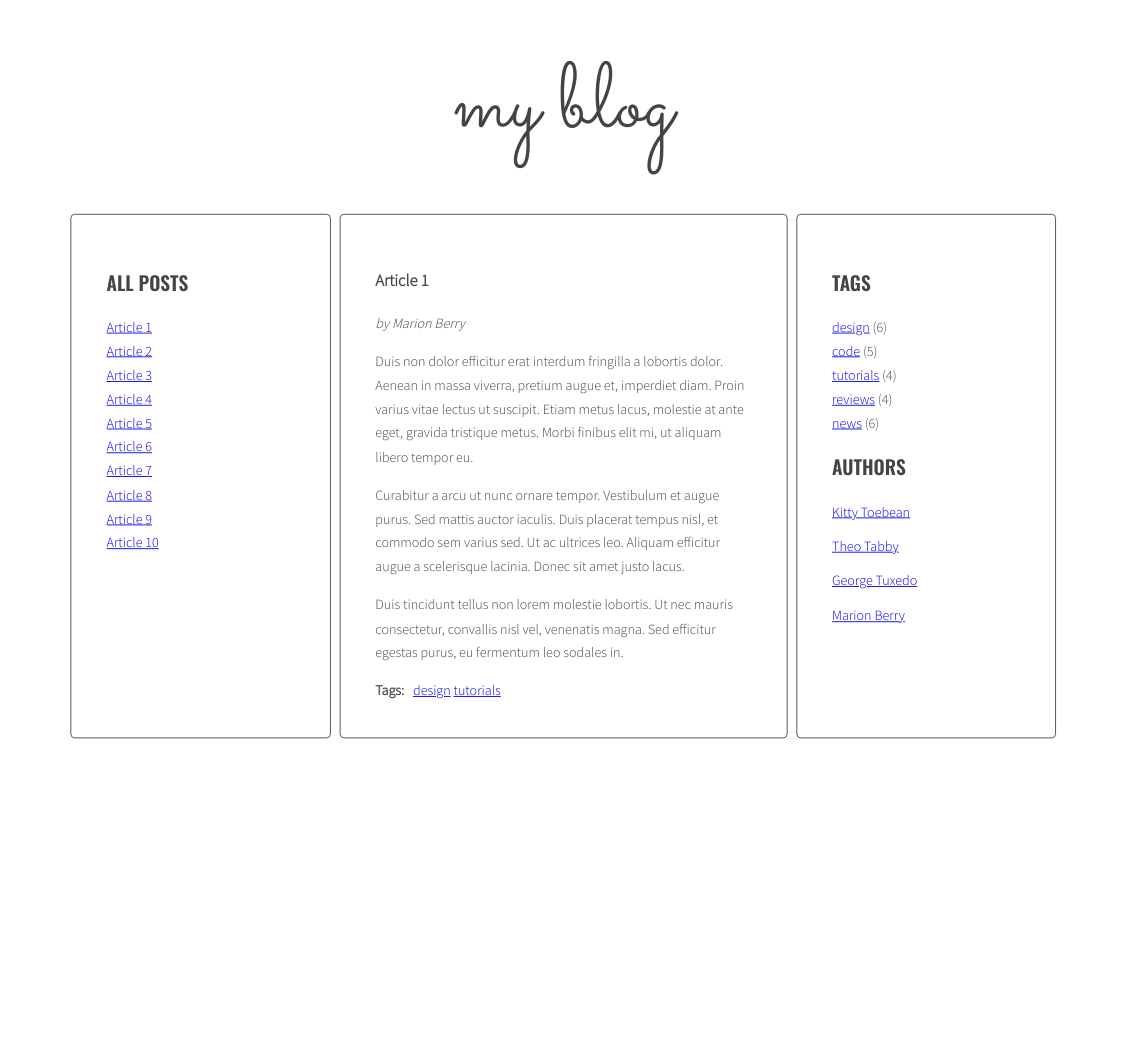
Repository: ulasup/javascript-blog
Page: index.html
These files come from the project's save history. The page is drawn as it stood at one moment and after the next save; the edit follows.
The browser window is 1280 px wide. The pictures show the whole page, at 88% of full size.
The style sheet was rebuilt from its Sass, Less or Tailwind sources for each picture, by a compiler version that may differ from the author's.

Above is the page before, as saved 2020-12-13 18:28:58.
Console error: ReferenceError: html is not defined

### index.html
<!DOCTYPE html>
<html  lang="en">
    <head>
        <meta charset="UTF-8">
        <title>Film blog</title>
        <link rel="stylesheet" href="css/style.css">
    </head>
    <body>
        <div class="blog">
            <div class="container">
              <h1 class="logo">my blog</h1>
              <main class="wrapper">
                <aside class="sidebar">
                  <h2 class="section-title">All posts</h2>
                  <ul class="list titles">

                  </ul>
                </aside>
                <section class="posts">
                  <article class="post active" id="article-1">
                    <h3 class="post-title">Article 1</h3>
                    <p class="post-author">by Marion Berry</p>
                    <div class="post-content">
                      <p>Duis non dolor efficitur erat interdum fringilla a lobortis dolor. Aenean in massa viverra, pretium augue et, imperdiet diam. Proin varius vitae lectus ut suscipit. Etiam metus lacus, molestie at ante eget, gravida tristique metus. Morbi finibus elit mi, ut aliquam libero tempor eu.</p>
                      <p>Curabitur a arcu ut nunc ornare tempor. Vestibulum et augue purus. Sed mattis auctor iaculis. Duis placerat tempus nisl, et commodo sem varius sed. Ut ac ultrices leo. Aliquam efficitur augue a scelerisque lacinia. Donec sit amet justo lacus.</p>
                      <p>Duis tincidunt tellus non lorem molestie lobortis. Ut nec mauris consectetur, convallis nisl vel, venenatis magna. Sed efficitur egestas purus, eu fermentum leo sodales in.</p>
                    </div>
                    <div class="post-tags">
                      <p><strong>Tags:</strong></p>
                      <ul class="list list-horizontal">
                        <li><a href="#">design</a></li>
                        <li><a href="#">tutorials</a></li>
                      </ul>
                    </div>
                  </article>
                  <article class="post" id="article-2">
                    <h3 class="post-title">Article 2</h3>
                    <p class="post-author">by Theo Tabby</p>
                    <div class="post-content">
                      <p>Phasellus sollicitudin, arcu vel iaculis ullamcorper, quam leo viverra orci, et faucibus quam sapien vel est. Maecenas ac suscipit elit. Nullam interdum, lorem vitae venenatis pulvinar, ex dui malesuada nunc, tempus cursus enim metus vel nulla.</p>
                      <p>Integer hendrerit, eros id efficitur dapibus, ante arcu ullamcorper orci, a iaculis felis turpis at purus. Quisque sodales posuere sapien vel consectetur. Duis dui urna, commodo non ante nec, mattis dictum enim. Donec aliquam erat sed diam lobortis, vel gravida lacus laoreet. Phasellus pretium maximus mi, eu posuere justo suscipit vel.</p>
                      <p>Nam magna nisl, varius in malesuada vitae, facilisis vel metus. Proin rhoncus euismod leo dictum lobortis. Suspendisse non ante sapien.</p>
                    </div>
                    <div class="post-tags">
                      <p><strong>Tags:</strong></p>
                      <ul class="list list-horizontal">
                        <li><a href="#">news</a></li>
                        <li><a href="#">code</a></li>
                      </ul>
                    </div>
                  </article>
                  <article class="post" id="article-3">
                    <h3 class="post-title">Article 3</h3>
                    <p class="post-author">by George Tuxedo</p>
                    <div class="post-content">
                      <p>Mauris vel pellentesque turpis, ac sodales nisl. Quisque iaculis mi velit, ut convallis tellus accumsan a. Quisque iaculis, nisi et dignissim tincidunt, nisl eros euismod nulla, finibus laoreet erat enim posuere elit.</p>
                      <p>Aenean at semper urna. Duis vel sapien molestie, egestas diam consequat, molestie nulla. Praesent a malesuada metus. Praesent et tempus leo.</p>
                      <p>Mauris in eleifend neque, vitae eleifend velit. Maecenas purus est, bibendum eget imperdiet id, dictum sed ante. Aenean a magna et eros sagittis aliquet.</p>
                    </div>
                    <div class="post-tags">
                      <p><strong>Tags:</strong></p>
                      <ul class="list list-horizontal">
                        <li><a href="#">news</a></li>
                        <li><a href="#">reviews</a></li>
                        <li><a href="#">design</a></li>
                      </ul>
                    </div>
                  </article>
                  <article class="post" id="article-4">
                    <h3 class="post-title">Article 4</h3>
                    <p class="post-author">by Kitty Toebean</p>
                    <div class="post-content">
                      <p>Morbi vel cursus nulla, vel varius mauris. Suspendisse sed elit sit amet risus faucibus vestibulum ut sit amet purus. Donec orci est, condimentum ut quam quis, scelerisque fringilla ligula.</p>
                      <p>Quisque bibendum nisl id quam sagittis, id pretium dolor scelerisque. Suspendisse non odio nec velit dapibus placerat non a libero.</p>
                      <p>Vivamus at tristique ex, feugiat sagittis ex. Cras cursus, ipsum et efficitur commodo, urna sapien rutrum magna, quis sodales justo ligula eget nunc. In hac habitasse platea dictumst.</p>
                    </div>
                    <div class="post-tags">
                      <p><strong>Tags:</strong></p>
                      <ul class="list list-horizontal">
                        <li><a href="#">tutorials</a></li>
                        <li><a href="#">code</a></li>
                        <li><a href="#">design</a></li>
                      </ul>
                    </div>
                  </article>
                  <article class="post" id="article-5">
                    <h3 class="post-title">Article 5</h3>
                    <p class="post-author">by Marion Berry</p>
                    <div class="post-content">
                      <p>Suspendisse sem eros, euismod condimentum arcu ac, consequat fermentum orci. Nam convallis lacus nec interdum vestibulum. Vestibulum luctus, quam eu tristique ornare, lorem nibh sodales enim, vitae tempor dolor ante vitae tortor.</p>
                      <p>Duis venenatis metus quis luctus lobortis. In porttitor ipsum eget ligula aliquam ornare. Cras malesuada urna id volutpat sodales.</p>
                      <p>Donec lobortis ultricies turpis, eu viverra magna gravida quis. Fusce sit amet pretium nulla. Duis rutrum metus vel libero sodales, pellentesque varius ex pulvinar.</p>
                    </div>
                    <div class="post-tags">
                      <p><strong>Tags:</strong></p>
                      <ul class="list list-horizontal">
                        <li><a href="#">design</a></li>
                        <li><a href="#">reviews</a></li>
                      </ul>
                    </div>
                  </article>
                  <article class="post" id="article-6">
                    <h3 class="post-title">Article 6</h3>
                    <p class="post-author">by George Tuxedo</p>
                    <div class="post-content">
                      <p>Donec posuere iaculis ante sed hendrerit. Lorem ipsum dolor sit amet, consectetur adipiscing elit. Quisque hendrerit neque nec urna tincidunt, quis vehicula dui vulputate. Morbi est sapien, auctor ut lectus eu, placerat viverra lorem.</p>
                      <p>Cras consectetur at erat id accumsan. Suspendisse lacinia in nulla quis vulputate. Nunc vitae consectetur augue. Nam ut vehicula mi. Aliquam tristique, purus in hendrerit porta, elit lectus finibus mi, vel malesuada nisl lectus a libero.</p>
                      <p>Nam quis efficitur ante. Sed eget purus quis ex commodo porta eu sit amet dolor. Mauris tellus nisl, dictum nec est vitae, condimentum ornare ante. Fusce ornare hendrerit maximus. In maximus rhoncus justo.</p>
                    </div>
                    <div class="post-tags">
                      <p><strong>Tags:</strong></p>
                      <ul class="list list-horizontal">
                        <li><a href="#">reviews</a></li>
                        <li><a href="#">code</a></li>
                      </ul>
                    </div>
                  </article>
                  <article class="post" id="article-7">
                    <h3 class="post-title">Article 7</h3>
                    <p class="post-author">by Kitty Toebean</p>
                    <div class="post-content">
                      <p>Donec eleifend mauris ac nisl fermentum, ac fermentum turpis dignissim. Aliquam diam nisl, imperdiet a varius eget, lobortis sed nisi. Nullam suscipit ipsum sed magna blandit, sed pellentesque urna malesuada.</p>
                      <p>Duis vestibulum arcu et lectus viverra porta. Praesent tempor lacus eget quam mattis, sit amet venenatis diam ultrices. Morbi gravida sapien quis ligula tincidunt, vel sagittis erat ultrices.</p>
                      <p>Ut orci tellus, laoreet ac diam ut, tempus bibendum nisi. Nam egestas sagittis nibh. Curabitur tristique dui quis egestas pretium. Duis eu felis orci.</p>
                    </div>
                    <div class="post-tags">
                      <p><strong>Tags:</strong></p>
                      <ul class="list list-horizontal">
                        <li><a href="#">code</a></li>
                        <li><a href="#">news</a></li>
                      </ul>
                    </div>
                  </article>
                  <article class="post" id="article-8">
                    <h3 class="post-title">Article 8</h3>
                    <p class="post-author">by Theo Tabby</p>
                    <div class="post-content">
                      <p>Praesent quis imperdiet erat. Curabitur tempor sapien a interdum malesuada. Proin libero erat, sagittis a sollicitudin eget, pulvinar nec risus. Cras et suscipit sem.</p>
                      <p>Maecenas consequat diam nec sollicitudin congue. Aenean porttitor porttitor quam, condimentum interdum metus congue sed. Donec at nulla ipsum.</p>
                      <p>Mauris non congue dui. Aenean ac eros vitae massa vulputate aliquet ut ac elit. Morbi iaculis auctor nunc aliquet luctus. Nunc tincidunt sem dui, quis interdum leo pellentesque eget. Fusce id leo varius, imperdiet nunc vitae, tristique mi. Mauris quis interdum justo. Mauris auctor purus eu leo faucibus feugiat. Nulla at odio vitae leo semper blandit.</p>
                    </div>
                    <div class="post-tags">
                      <p><strong>Tags:</strong></p>
                      <ul class="list list-horizontal">
                        <li><a href="#">news</a></li>
                        <li><a href="#">design</a></li>
                        <li><a href="#">tutorials</a></li>
                      </ul>
                    </div>
                  </article>
                  <article class="post" id="article-9">
                    <h3 class="post-title">Article 9</h3>
                    <p class="post-author">by Marion Berry</p>
                    <div class="post-content">
                      <p>Tam et facilisis purus. Donec vulputate est quis lobortis posuere. Nunc vitae lorem ut odio faucibus pulvinar nec in justo. Ut ut ante ac tellus ornare tempus. Nunc maximus, tortor et dictum convallis, nunc libero posuere leo, scelerisque ultrices arcu sapien ut tellus.</p>
                      <p>Fusce lacinia augue massa, non tincidunt tortor auctor quis. Vestibulum ut pretium nisl. Etiam id tellus tempus, commodo ligula vehicula, porta magna.</p>
                      <p>Donec fringilla blandit dolor vel aliquet. Fusce tortor sapien, lobortis eu vehicula sit amet, dignissim et lectus. In ullamcorper metus vel massa fermentum, at fermentum dui sollicitudin. Nullam lacinia elit vel tortor ullamcorper pulvinar.</p>
                    </div>
                    <div class="post-tags">
                      <p><strong>Tags:</strong></p>
                      <ul class="list list-horizontal">
                        <li><a href="#">news</a></li>
                        <li><a href="#">tutorials</a></li>
                      </ul>
                    </div>
                  </article>
                  <article class="post" id="article-10">
                    <h3 class="post-title">Article 10</h3>
                    <p class="post-author">by George Tuxedo</p>
                    <div class="post-content">
                      <p>Aliquam erat volutpat. Ut non eleifend lectus. Donec suscipit tellus tempor, ornare dui id, hendrerit neque. Phasellus lacinia laoreet dui in luctus. Sed hendrerit, magna sit amet varius tempor, augue augue scelerisque est, non scelerisque mauris libero eu sapien.</p>
                      <p>Sed at sapien in quam sollicitudin aliquam. In interdum metus a mi porttitor luctus. Sed commodo, arcu id lacinia posuere, felis elit pharetra urna, at feugiat est orci sit amet libero. Quisque in nisl est. Nullam vehicula at lectus non luctus. Cras aliquam neque magna, at varius nisi egestas ut.</p>
                      <p>Rhoncus purus nulla, non auctor lacus placerat ut. Aliquam condimentum eget magna ac gravida. Etiam egestas faucibus urna et finibus. Cras vel tellus vel magna suscipit euismod. Maecenas id arcu ante. Duis iaculis scelerisque erat, at ullamcorper arcu consectetur eu. Fusce aliquam diam at arcu pharetra, vel fermentum nunc lobortis.</p>
                    </div>
                    <div class="post-tags">
                      <p><strong>Tags:</strong></p>
                      <ul class="list list-horizontal">
                        <li><a href="#">code</a></li>
                        <li><a href="#">design</a></li>
                        <li><a href="#">news</a></li>
                        <li><a href="#">reviews</a></li>
                      </ul>
                    </div>
                  </article>
                </section>
                <aside class="sidebar">
                  <h2 class="section-title">Tags</h2>
                  <ul class="list tags">
                    <li><a href="#">design</a> <span>(6)</span></li>
                    <li><a href="#">code</a> <span>(5)</span></li>
                    <li><a href="#">tutorials</a> <span>(4)</span></li>
                    <li><a href="#">reviews</a> <span>(4)</span></li>
                    <li><a href="#">news</a> <span>(6)</span></li>
                  </ul>
                  <h2 class="section-title">Authors</h2>
                  <ul class="list authors">
                    <li>
                      <a href="#">
                        <span class="author-name">Kitty Toebean</span>
                      </a>
                    </li>
                    <li>
                      <a href="#">
                        <span class="author-name">Theo Tabby</span>
                      </a>
                    </li>
                    <li>
                      <a href="#">
                        <span class="author-name">George Tuxedo</span>
                      </a>
                    </li>
                    <li>
                      <a href="#">
                        <span class="author-name">Marion Berry</span>
                      </a>
                    </li>
                  </ul>
                </aside>
              </main>
            </div>
          </div>
    <script src="js/script.js"></script>
    </body>
</html>

### js/script.js
'use strict';

function titleClickHandler(event){
  event.preventDefault();

  const activeLinks = document.querySelectorAll('.titles a.active');

  for(let activeLink of activeLinks){
    activeLink.classList.remove('active');
  }

  const clickedElement = this;
  clickedElement.classList.add('active');

  const activeArticles = document.querySelectorAll('.post.active');

  for(let activeArticle of activeArticles){
    activeArticle.classList.remove('active');
  }

  const atribute = clickedElement.getAttribute('href');

  const clickedArticles = document.querySelectorAll(atribute);

  for(let clickedArticle of clickedArticles){
    clickedArticle.classList.add('active');
  }
}

const optArticleSelector = '.post', optTitleSelector = '.post-title', optTitleListSelector = '.titles';

function generateTitleLinks(){

  const titleList = document.querySelector(optTitleListSelector);
  titleList.innerHTML = '';

  const articles = document.querySelectorAll(optArticleSelector);

  for (let article of articles){

    const articleId = article.getAttribute('id');

    const articleTitle = article.querySelector(optTitleSelector).innerHTML;

    const linkHTML = '<li><a href="#' + articleId + '"><span>' + articleTitle + '</span></a></li>';

    titleList.insertAdjacentHTML('beforeend', linkHTML);
  }

  titleList.innerHTML = html;

  const links = document.querySelectorAll('.titles a');

  for(let link of links){link.addEventListener('click', titleClickHandler);}
}

generateTitleLinks();

### sass/style.scss
@import url('https://fonts.googleapis.com/css?family=Oswald:400,600|Sacramento|Source+Sans+Pro:300&subset=latin-ext');

/* Variables */

$color-light: #fff;
$color-dark: #444;

$font-logo: 'Sacramento', cursive;
$font-header: 'Oswald', sans-serif;
$font-text: 'Source Sans Pro', sans-serif;

/* Global */

*, *::before, *::after {
  box-sizing: border-box;
}

body {
  background: $color-light;
  font-family: $font-text;
  color: $color-dark;
  font-weight: 300;
  font-size: 16px;
  line-height: 1.7;
}

.container {
  max-width: 1140px;
  margin: 0 auto;
}

.section-title {
  font-size: 22px;
  text-transform: uppercase;
  font-family: $font-header;
  font-weight: 600;

  span {
    text-transform: none;
    font-weight: 400;
    color: lighten($color-dark, 20%);
  }
}

/* Layout */

.wrapper {
  display: flex;
  margin-left: 10px;
}

.sidebar {
  flex: 1 0 0;
}

.posts {
  flex: 2 0 0;
}

.sidebar, .posts {
  background: $color-light;
  margin-right: 10px;
  padding: 40px;
  border: 1px solid $color-dark;
  border-radius: 5px;
}

/* Logo */

.logo {
  font-family: $font-logo;
  font-weight: 400;
  font-size: 104px;
  line-height: 1;
  text-align: center;
}

/* Lists */

.list {
  list-style-type: none;
  margin: 0;
  padding: 0;

  .active {
    font-weight: bold;
  }
}

.list-horizontal {
  li {
    display: inline-block;
  }
}

/* Authors */

.authors {
  li {
    margin-bottom: 12px;
  }
}

/* Post */

.post {
  z-index: 1;
  position: absolute;
  opacity: 0;

  &.active {
    z-index: 2;
    position: relative;
    opacity: 1;
    transition: opacity 1s;
  }
}

.post-author {
  font-style: italic;
}

.post-tags {
  display: flex;

  p {
    margin: 0 10px 0 0;
  }
}

After the next save:
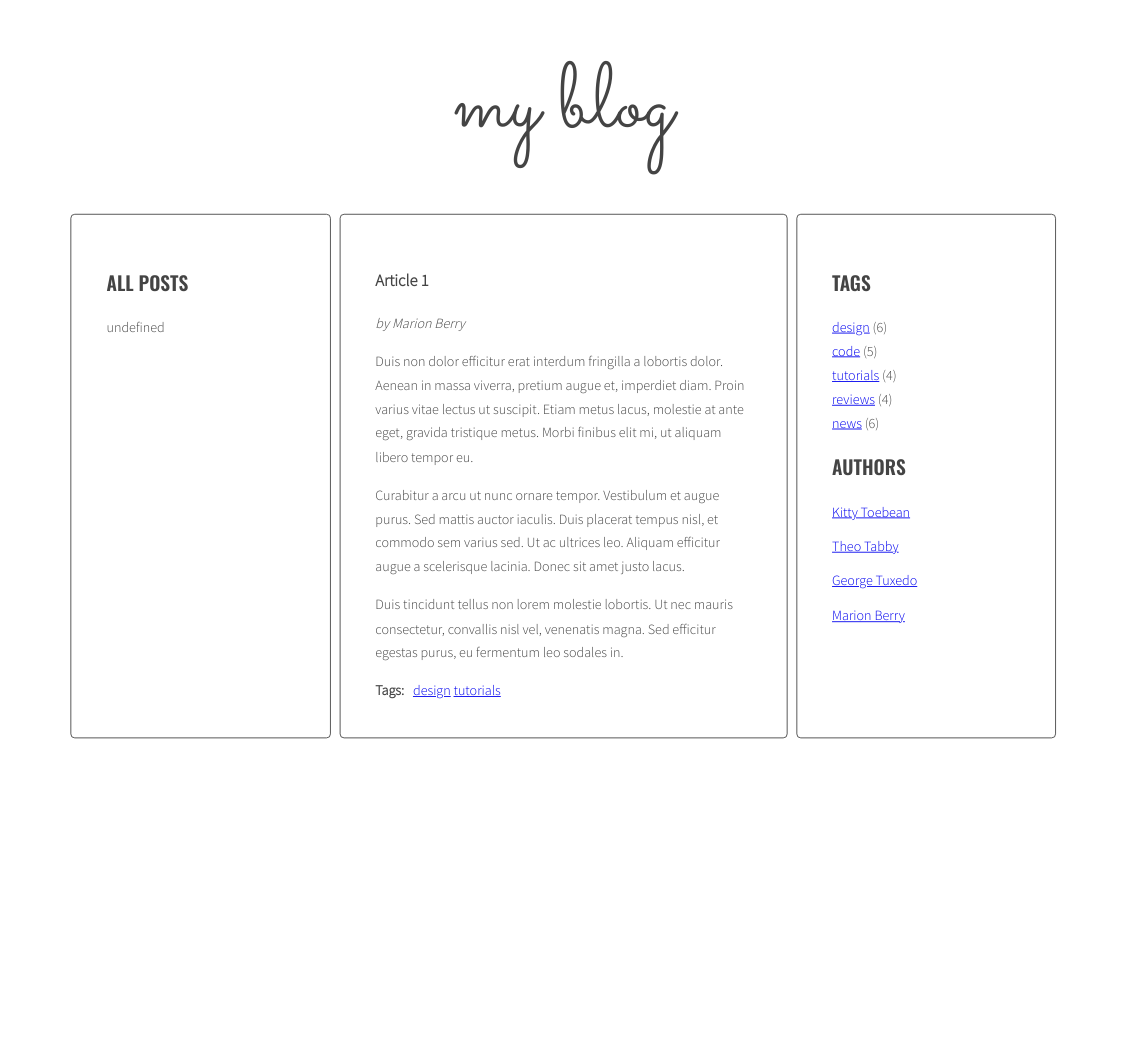
The error is gone.
Saved 83 s later.
--- a/js/script.js
+++ b/js/script.js
@@ -36,6 +36,8 @@ function generateTitleLinks(){
 
   const articles = document.querySelectorAll(optArticleSelector);
 
+  let html = '';
+
   for (let article of articles){
 
     const articleId = article.getAttribute('id');
@@ -44,7 +46,7 @@ function generateTitleLinks(){
 
     const linkHTML = '<li><a href="#' + articleId + '"><span>' + articleTitle + '</span></a></li>';
 
-    titleList.insertAdjacentHTML('beforeend', linkHTML);
+    html = titleList.insertAdjacentHTML('beforeend', linkHTML);
   }
 
   titleList.innerHTML = html;
